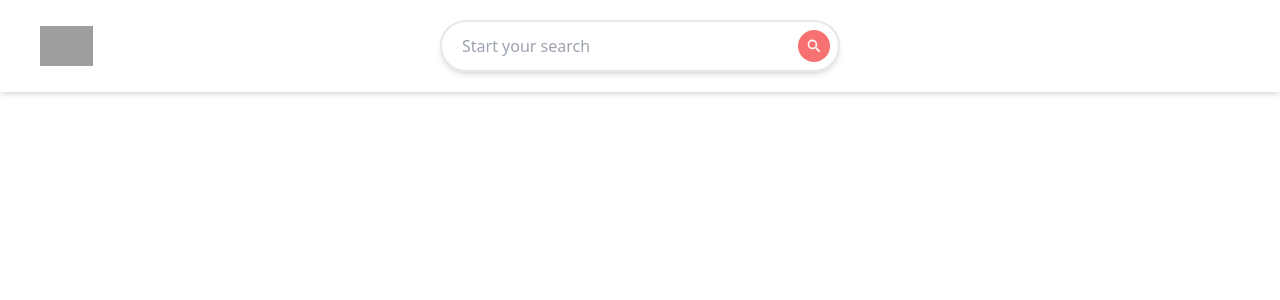
Repository: lakshithapramodya/airbnb
Page: /
The author's editor kept a copy of each file at every save. The page is drawn from the files as they stood at one save, then again after the next save.
The browser window is 1280 px wide. The pictures show the whole page.
Pictures or frames that could not be fetched are drawn as grey boxes. The project was rebuilt for these pictures with package versions that can differ from the ones it lists, and the page was loaded fresh each time. The framework's server and built-in components were replaced by stand-ins that run in the browser. Also part of the build but not shown: next.config.js.

Above is the page before, as saved 2022-10-14 12:02:32.

After the next save:
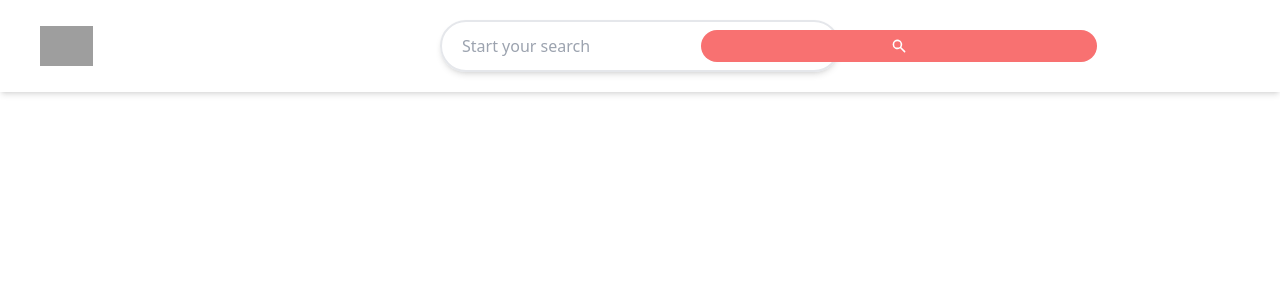
Saved 3 min 12 s later.
--- a/components/Header.js
+++ b/components/Header.js
@@ -27,7 +27,7 @@ function Header() {
         />
         <SearchIcon
           className="hidden md:inline-flex h-8 bg-red-400
-         text-white rounded-full p-2 cursor-pointer md:mx-2"
+         text-white rounded-full p-2 cursor-pointer md:mx-2 md:min-w-full"
         />
       </div>
 
